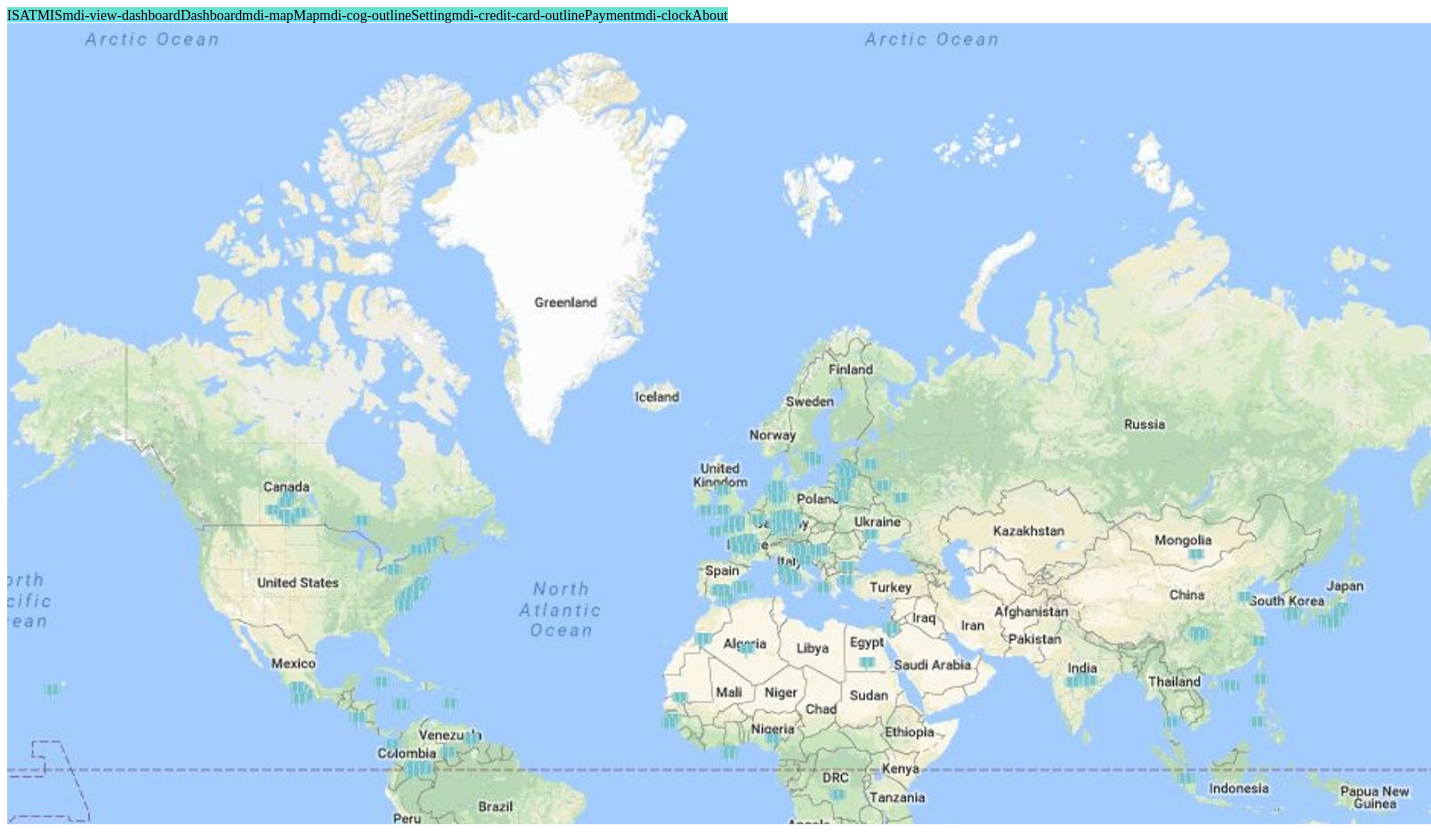
Repository: umarrg/isatmis
Page: /map
An editor plug-in stored every save of this project. The page is shown before and after a run of saves, followed by the edit.
The browser window is 1280 px wide. The page is 1608 px wide, so the pictures cover 1608 px, including what lies to the right of the window. The pictures show the whole page, at 89% of full size.
The project was rebuilt for these pictures with package versions that can differ from the ones it lists, and the page was loaded fresh each time. Also part of the build but not shown: vue.config.js, src/views/Home.vue. Imported but missing from the stored project, and not drawn on this page: src/plugins/vuetify, src/views/about.vue, src/views/setting.vue.

Above is the page before, as saved 2021-01-26 07:38:38.

After the next 2 saves:
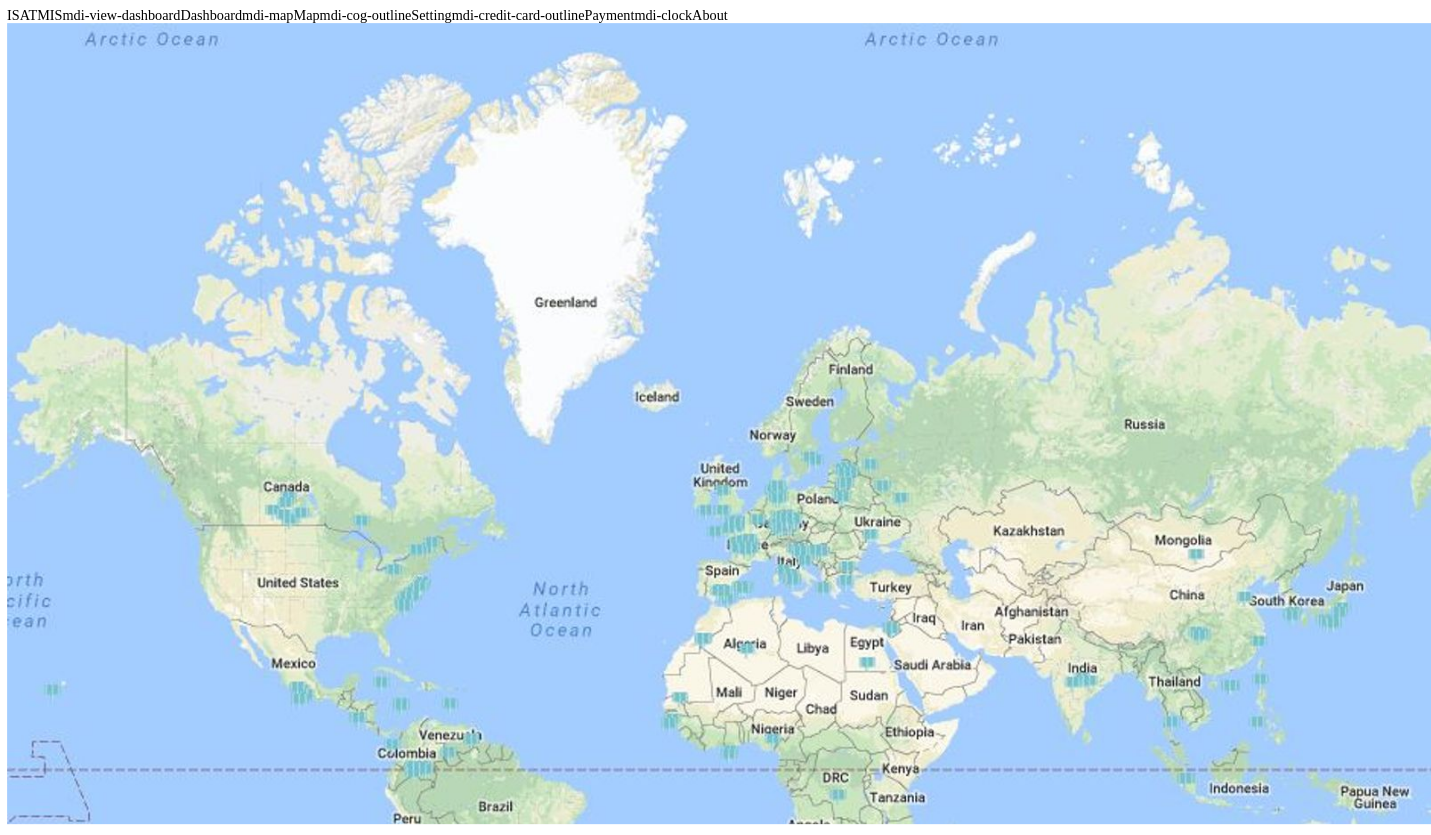
The 2 saves are shown as one change because they came seconds apart.
The last was saved 13 s later.
--- a/src/components/Navbar.vue
+++ b/src/components/Navbar.vue
@@ -32,7 +32,7 @@
   );
       </div>
     </v-app-bar> -->
-    <v-navigation-drawer v-model="drawer"  app overlay-opacity=""  fixed clipped  style="background: linear-gradient( #65dfc9, #6cdbeb)" >
+    <v-navigation-drawer v-model="drawer"  app overlay-opacity=""  fixed clipped  style="background: linear-gradient(  #6cdbeb)" >
       <v-layout column align-center>
         <v-flex class="mt-7 mb-8">
           <span class="text-h4 white--text font-weight-light">

After the save that followed:
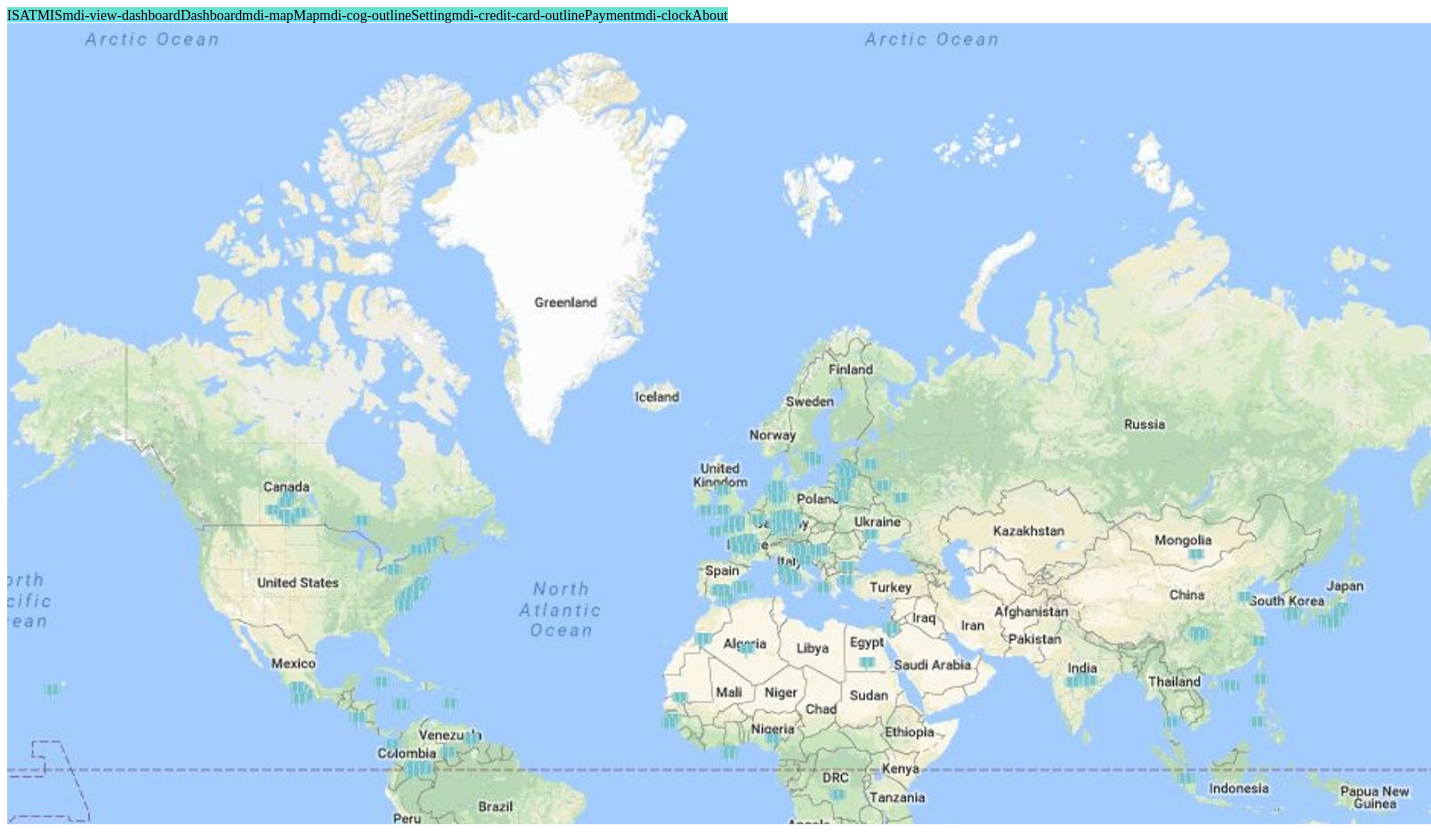
Saved 11 s later.
--- a/src/components/Navbar.vue
+++ b/src/components/Navbar.vue
@@ -32,7 +32,7 @@
   );
       </div>
     </v-app-bar> -->
-    <v-navigation-drawer v-model="drawer"  app overlay-opacity=""  fixed clipped  style="background: linear-gradient(  #6cdbeb)" >
+    <v-navigation-drawer v-model="drawer"  app overlay-opacity=""  fixed clipped  style="background: linear-gradient( #65dfc9, #6cdbeb)" >
       <v-layout column align-center>
         <v-flex class="mt-7 mb-8">
           <span class="text-h4 white--text font-weight-light">
